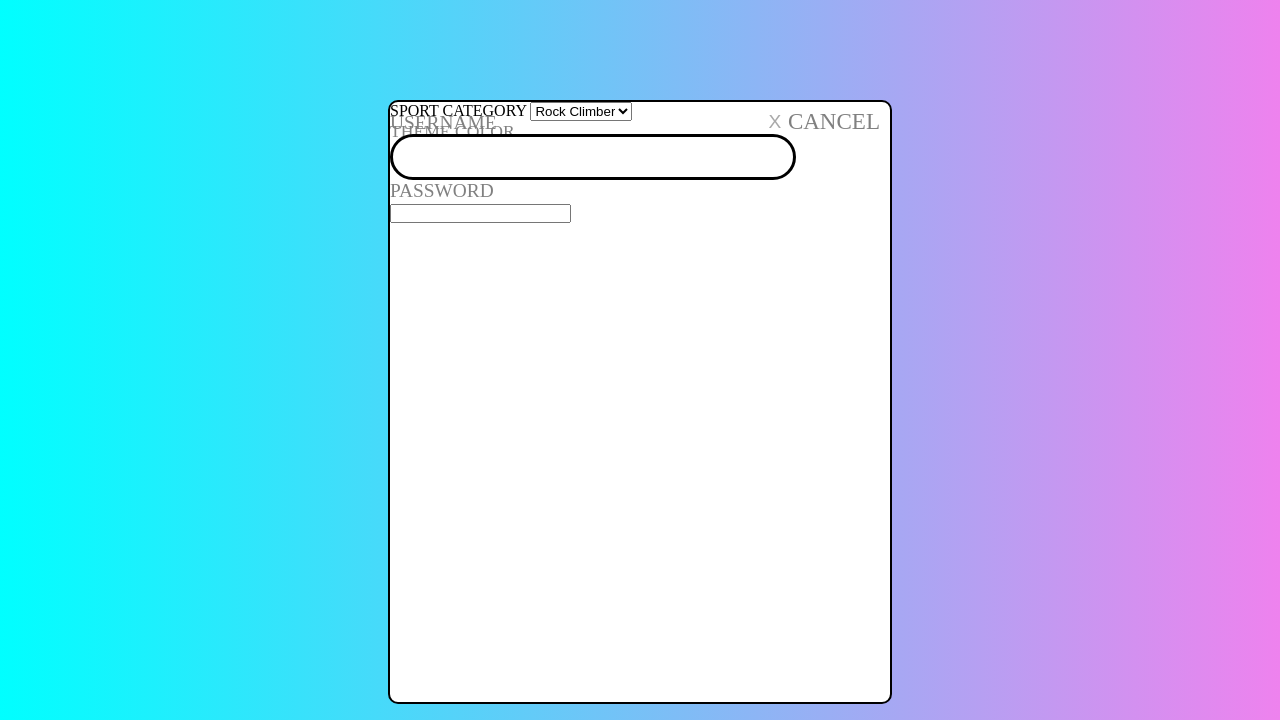
Repository: zRush1202/LoginPage-demo
Page: dom/exercise/login.html
The author's editor kept a copy of each file at every save. The page is drawn from the files as they stood at one save, then again after the next save.
The browser window is 1280 px wide. The pictures show the whole page.

Above is the page before, as saved 2023-09-17 09:22:18.

### dom/exercise/login.html
<!DOCTYPE html>
<html lang="en">
<head>
    <meta charset="UTF-8">
    <meta name="viewport" content="width=device-width, initial-scale=1.0">
    <title>Login page</title>
    <link rel="stylesheet" href="login.css">
</head>
<body>
    <div class="login">
        <div class="cancel">
            <button class="X">X</button>
            <span class="cancel">CANCEL</span>
        </div>
        <div class="tk">
            <span>USERNAME</span>
            <br>
            <input type="USERNAME" class="user">
            <br>
            <span>PASSWORD</span>
            <br>
            <input type="PASSWORD" class="pass">
            <br>
        </div>
        <div>
            <label for="sport">SPORT CATEGORY</label>
            <select name="sport" id="sport">
                <option value="rc">Rock Climber</option>
                <option value="fb">Football</option>
                <option value="bkb">basketball</option>
                <option value="sm">swimming</option>
            </select>
        </div>
        <div>
            <span>THEME COLOR</span>
            <br>
            <button class="bgc" style="color: pink;"></button>
            <button class="bgc" style="color: wheat;"></button>
            <button class="bgc" style="color: green;"></button>
            <button class="bgc" style="color: violet;"></button>
            <button class="bgc" style="color: cyan;"></button>
            <button class="bgc" style="color: gray;"></button>
        </div>
    </div>
</body>
</html>

### dom/exercise/login.css
* {
    margin: 0;
    padding: 0;
}

body {
    display: flex;
    justify-content: center;
    align-items: center;
    position: relative;
    top: 100px;
    background-image: linear-gradient(to right, cyan, violet);
}

.login {
    display: block;
    width: 500px;
    height: 600px;
    background-color: white;
    border: 2px solid black;
    border-radius: 10px;
    position: relative;
}

.cancel {
    position: absolute;
    right: 5px;
    top: 3px;
}

.cancel {
    font-size: 120%;

}

.X {
    height: 20px;
    width: 20px;
    color: darkgray;
    font-size: 100%;
    border: none;
    background-color: transparent;
    position: absolute;
    right: 100px;
    top: 6px;
}

.user {
    height: 40px;
    width: 400px;
    border-radius: 50px;
    border: 3px solid black;
}

.tk, span {
    font-size: 110%;
    color: gray;
}

.tk {
    position: absolute;
    top: 10px;
}

After the next save:
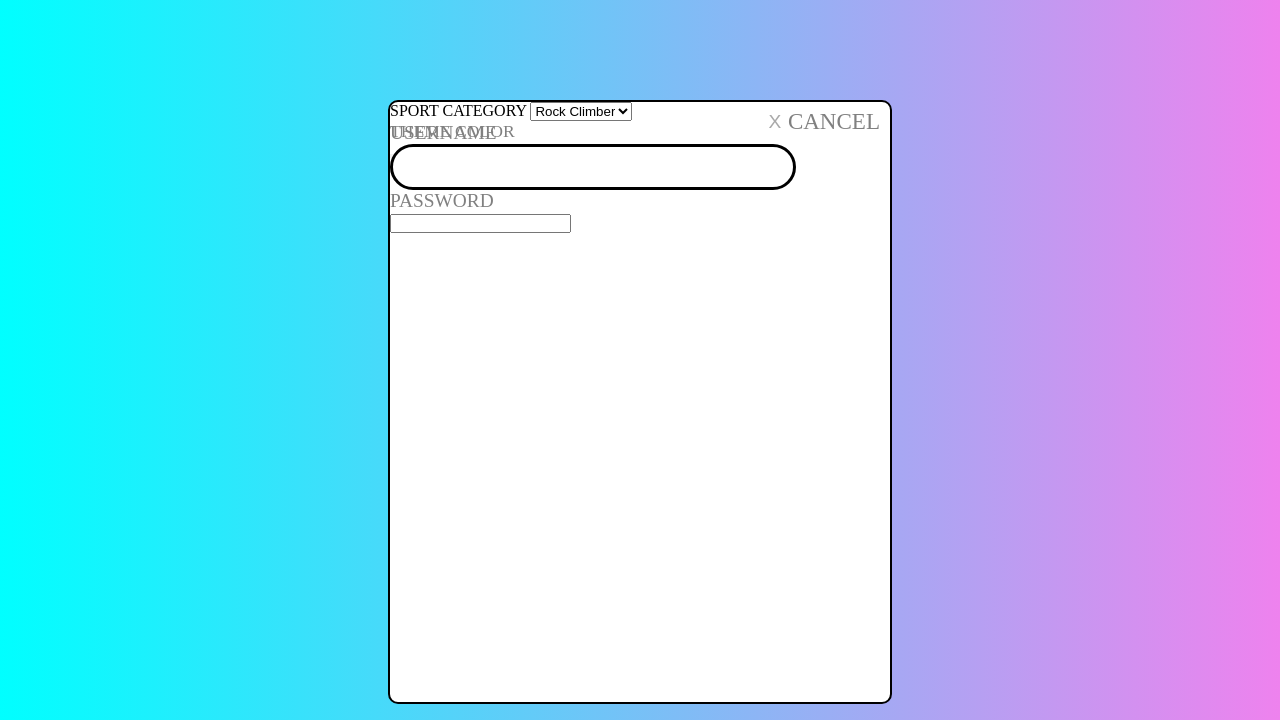
Saved 7 s later.
--- a/dom/exercise/login.css
+++ b/dom/exercise/login.css
@@ -59,5 +59,5 @@ body {
 
 .tk {
     position: absolute;
-    top: 10px;
+    top: 20px;
 }
